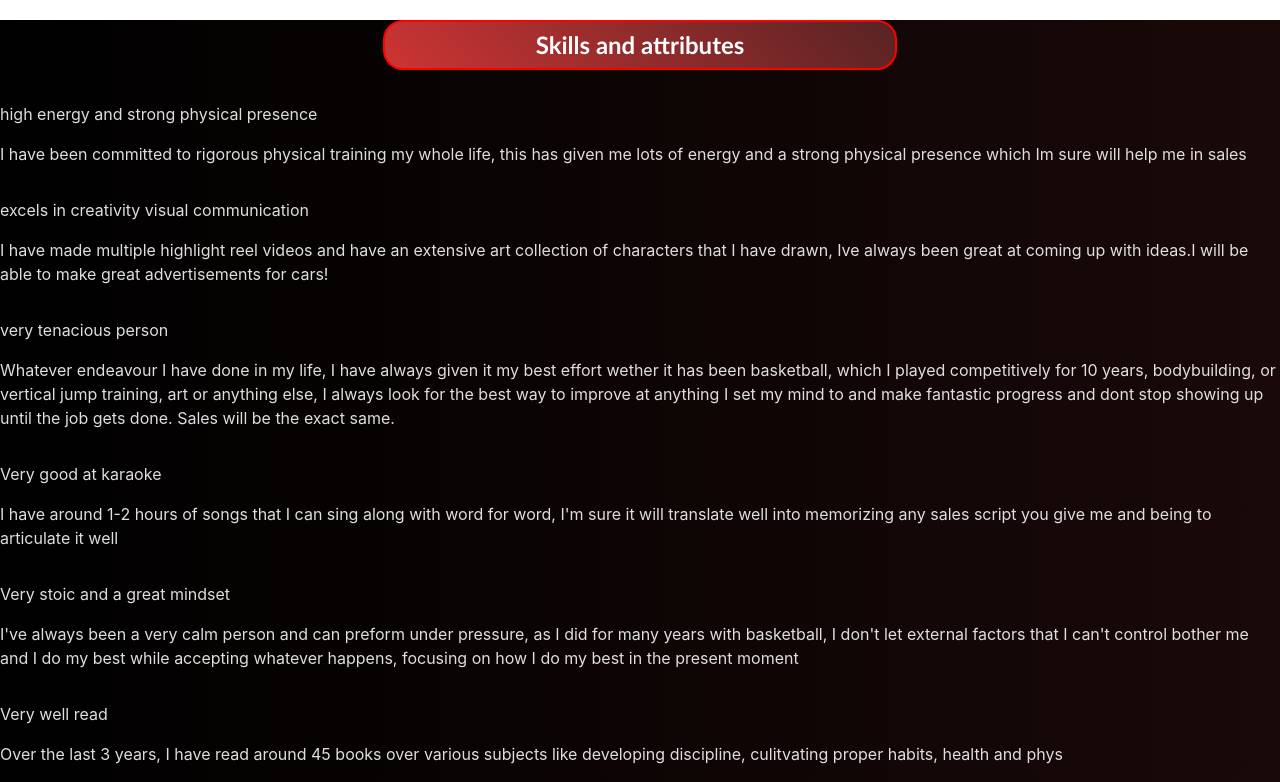
Repository: TMuse333/resume1
Page: /
These files come from the project's save history. The page is drawn as it stood at one moment and after the next save; the edit follows.
The browser window is 1280 px wide. The pictures show the whole page.
The project was rebuilt for these pictures with package versions that can differ from the ones it lists, and the page was loaded fresh each time. Also part of the build but not shown: vite.config.js, src/components/navbar.jsx, src/components/about.jsx, src/components/contact.jsx, src/components/footer.jsx, src/components/experience.jsx, src/components/carousel.jsx, src/components/experienceCarousel.jsx and 4 more. Imported but missing from the stored project, and not drawn on this page: src/images/best_dunk.mp4.

Above is the page before, as saved 2023-10-18 15:05:00.

After the next save:
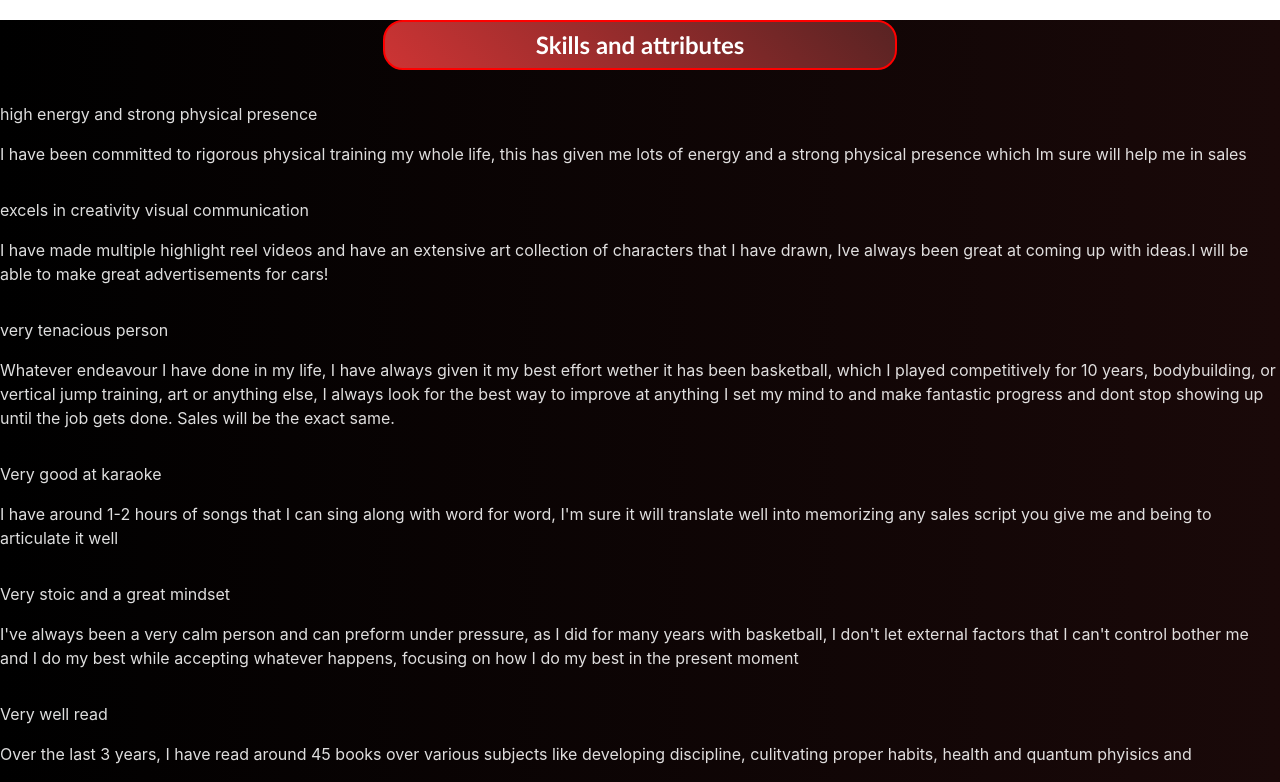
Saved 8 s later.
--- a/src/components/skillDesc.js
+++ b/src/components/skillDesc.js
@@ -245,7 +245,7 @@ export const attributes = [
   {
     name:'Very well read',
     description:'Over the last 3 years, I have read around 45 books over various subjects like developing discipline, culitvating proper habits, '
-    +'health and phys'
+    +'health and quantum phyisics and'
   }
 
 ]
